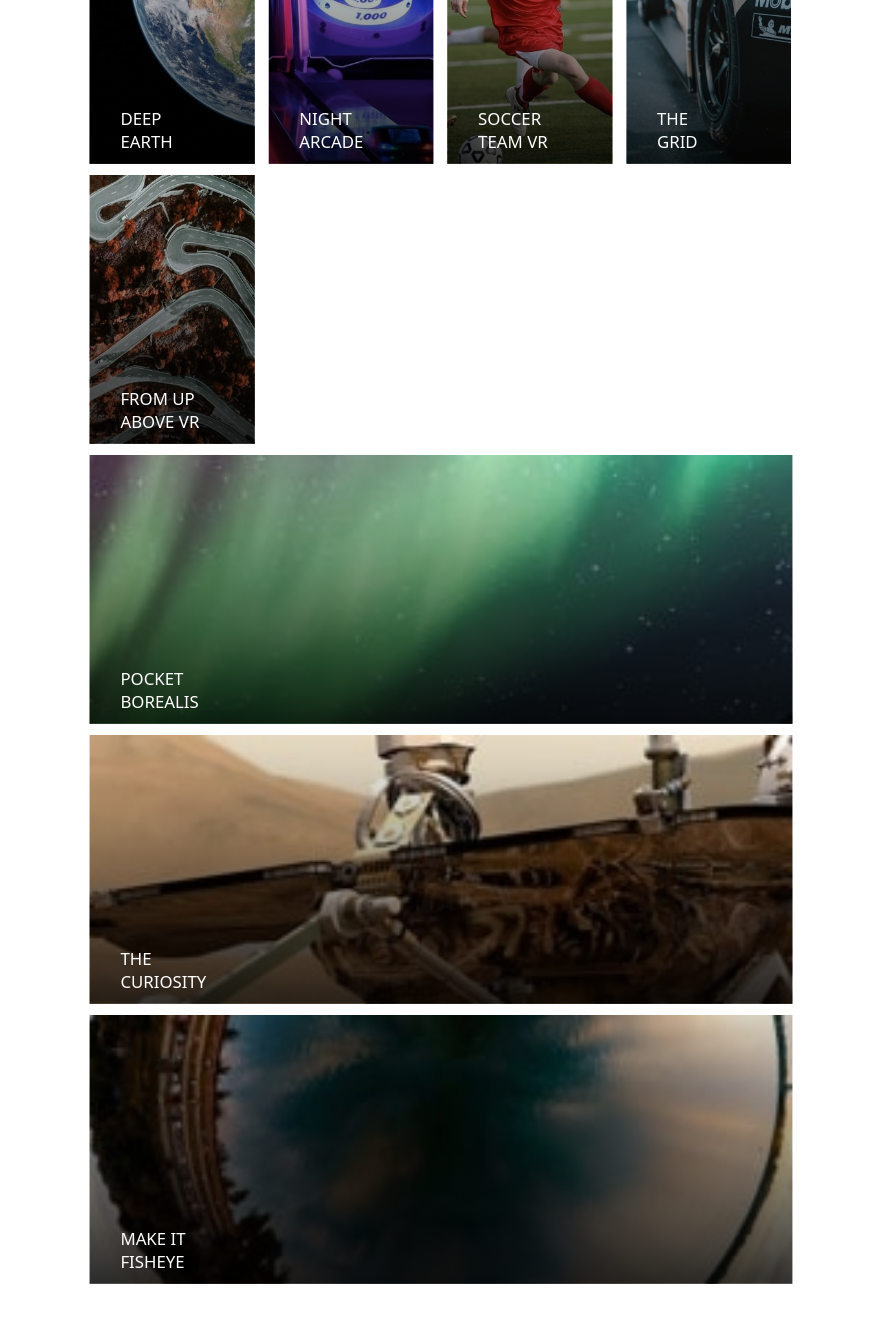
Repository: CAMPSLOPY/StudioLoopApp
Page: index.html
An editor plug-in stored every save of this project. The page is shown before and after the next save, followed by the edit.
The browser window is 1280 px wide. The pictures show the part of the page from y = 1670 to 3590 px (the page is 3928 px tall before and 3528 px after), at 70% of full size.
Some web fonts or font styles are not loaded; a fallback is used. Some web libraries are served in a nearby version.

Above is the page before, as saved 2021-02-27 00:40:54.

### index.html
<!DOCTYPE html>
<html lang="en">
  <head>
    <title>LoopStudios</title>
    <meta charset="UTF-8" />
    <meta name="viewport" content="width=device-width, initial-scale=1.0" />
    <meta http-equiv="X-UA-Compatible" content="ie=edge" />
    <meta
      name="description"
      content="Building my Loop studio App with Tailwind Css"
    />
    <meta name="robots" content="index,follow" />
    <!-- font awesome -->
    <link
      rel="stylesheet"
      href="https://cdnjs.cloudflare.com/ajax/libs/font-awesome/5.11.2/css/all.min.css"
      integrity="sha256-+N4/V/SbAFiW1MPBCXnfnP9QSN3+Keu+NlB+0ev/YKQ="
      crossorigin="anonymous"
    />
    <link
      rel="icon"
      type="image/png"
      sizes="32x32"
      href="favicon-32x32.png"
    />
    <!-- TAILWIND CSS CDN -->
    <link href="https://unpkg.com/tailwindcss@^2/dist/tailwind.min.css" rel="stylesheet">

    <!-- animate on scroll -->
    <link rel="stylesheet" href="https://unpkg.com/aos@next/dist/aos.css" />

    <!-- STYLESHEET -->
    <link rel="stylesheet" href="main.css"/>
  </head>
  <body>
    <div class="overflow-hidden">
      <!--the whole wrapper-->

      <header
        class="relative bg-no-repeat bg-cover bg-center min-h-screen w-full md:min-h-6/3 lg:min-h-6 header-image"
      >
        <nav
          class="flex text-gray-50 items-center justify-between w-4/5 m-auto pt-8"
        >
          <h1 class="font-extralight text-4xl font-concert md:text-6xl">
            <a href="">loopstudios</a>
          </h1>
          <button id="burger" class="md:hidden">
            <i class="fas fa-bars text-4xl"></i>
          </button>
          <ul class="hidden md:flex">
            <li class="px-1.5 nav-item">
              <a class="nav-link" href="#About"> About</a>
            </li>
            <li class="px-1.5 nav-item">
              <a class="nav-link" href="#Career">Careers</a>
            </li>
            <li class="px-1.5 nav-item">
              <a class="nav-link" href="#Event">Events</a>
            </li>
            <li class="px-1.5 nav-item">
              <a class="nav-link" href="#Product">Products</a>
            </li>
            <li class="px-1.5 nav-item">
              <a class="nav-link" href="#Support">Support</a>
            </li>
          </ul>
        </nav>

        <p
          class="font-normal md:font-thin tracking-widest absolute top-64 left-11 md:left-32 md:top-36 text-white text-3xl md:text-6xl border-2 pr-10 md:pr-56 py-11 pl-6"
        >
          IMMERSIVE<br />
          EXPERIENCES <br />
          THAT DELIVER
        </p>
      </header>
      <!--modal -->
      <div
        id="modal-body"
        class="modal-body hidden fixed flex w-full h-full top-0 left-0 z-50 bg-black text-white flex-col"
      >
        <div class="modal-logo flex justify-between w-4/5 m-auto">
          <h1 class="text-4xl">
            <a href="">loopstudios</a>
          </h1>
          <button class="toggle relative" id="toggle">
            <i class="fas fa-times text-3xl p-4"></i>
          </button>
        </div>

        <ul class="flex flex-col w-4/5 m-auto modal-links uppercase font-light">
          <li class="my-4">
            <a class="text-3xl links" href="#About"> About</a>
          </li>
          <li class="my-4">
            <a class="text-3xl links" href="#Careers">Careers</a>
          </li>
          <li class="my-4">
            <a class="text-3xl links" href="#Event">Events</a>
          </li>
          <li class="my-4">
            <a class="text-3xl links" href="#Products">Products</a>
          </li>
          <li class="my-4">
            <a class="text-3xl links" href="#Support">Support</a>
          </li>
        </ul>
      </div>
      <!--modal end-->
      <section
        id="About"
        class="relative hero-section w-full min-h-screen md:bg-white md:w-4/5 m-auto block md:flex md:min-h-90 text-white justify-center items-center"
      >
        <div class="w-11/12 m-auto pt-24 md:pt-12" data-aos="fade-right">
          <img
            class="w-full h-full object-cover"
            src="/images/desktop/image-interactive.jpg"
            alt="a man with a Vr Device "
          />
        </div>

        <div
          data-aos="fade-left"
          class="w-full -bottom-24 right-32 px-10 relative z-0 md:z-10 bg-white text-gray-900 block md:flex md:justify-center md:items-center md:flex-col pb-20 md:p-4"
        >
          <div class="w-full m-auto relative -right-32 md:right-0 md:-left-20">
            <h1
              data-aos="fade-up"
              data-aos-delay="800"
              data-aos-duration="1000"
              class="text-4xl tracking-widest text-center md:ml-10"
            >
              THE LEADER IN <br />
              INTERACTIVE VR
            </h1>
          </div>
          <div
            class="my-4 w-full -px-2 left-32 w-4/6 md:w-full text-center md:text-left md:left-11 relative md:-right-10 md:px-8 md:py-4"
          >
            <span
              class="relative right-0 md:right-11 text-left tracking-widest md:tracking-normal text-sm md:relative leading-loose text-gray-400"
            >
              Founded in 2011, Loopstudios has been producing world-class <br />
              virtual reality projects for some of the best companies around the
              <br />
              globe. Our award-winning creations have transformed <br />
              businesses through digital experiences that bind to their brand.
            </span>
          </div>
        </div>
      </section>

      <section class="creation relative">
        <div
          id="Event"
          class="creation-body-content min-h-screen pb-20 flex flex-col w-4/5 m-auto md:w-4/5 md:m-auto relative"
        >
          <div
            class="creation-text flex md:text-center md:justify-between my-5"
          >
            <h1 class="font-josefin relative left-0 md:left-0 text-4xl">
              OUR CREATIONS
            </h1>
            <button
              class="text-2xl absolute bottom-2 right-14 text-small font-alata tracking-widest py-2 md:py-0 md:text-small md:relative md:-left-6 md:bottom-0 border border-gray-900 px-11 tracking-widest hover:bg-black hover:text-white"
            >
              SEE ALL
            </button>
          </div>

          <div
            id="Career"
            class="creation-images flex flex-col flex-wrap md:flex-row cursor-pointer"
          >
            <div
              data-aos="fade-right"
              id="card-box"
              class="relative bg-no-repeat bg-cover bg-center earth mr-5 mb-4 card h-38 w-full md:h-96 md:w-better card-box"
            >
              <img
                src="/images/mobile/image-deep-earth.jpg"
                alt="a picture of the earth"
                class="object-cover w-full h-full block md:hidden"
              />

              <p
                class="absolute bottom-4 left-11 text-white text-2xl font-josefin card-box-p"
              >
                DEEP <br />
                EARTH
              </p>
            </div>
            <div
              data-aos="fade-up"
              id="card-box"
              class="card-box relative bg-no-repeat bg-cover bg-center card mr-5 mb-4 arcade h-32 w-full md:h-96 md:w-better"
            >
              <img
                src="/images/mobile/image-night-arcade.jpg"
                alt="a picture of a cassette tape"
                class="object-cover w-full h-full block md:hidden"
              />
              <p
                class="absolute bottom-4 left-11 text-white text-2xl font-josefin card-box-p"
              >
                NIGHT <br />
                ARCADE
              </p>
            </div>
            <div
              data-aos="fade-down"
              id="card-box"
              class="card-box relative h-38 w-full card mr-5 mb-4 vr md:h-96 bg-no-repeat bg-cover bg-center md:w-better"
            >
              <img
                src="/images/mobile/image-soccer-team.jpg"
                alt="a picture of a football player"
                class="object-cover w-full h-full block md:hidden"
              />
              <p
                class="absolute bottom-4 left-11 text-white text-2xl font-josefin card-box-p"
              >
                SOCCER <br />
                TEAM VR
              </p>
            </div>
            <div
              data-aos="fade-left"
              id="card-box"
              class="card-box relative h-38 w-full mr-5 mb-4 card gridd md:h-96 bg-no-repeat bg-cover bg-center md:w-better"
            >
              <img
                src="/images/mobile/image-grid.jpg"
                alt="a picture of a sport car"
                class="object-cover w-full h-full block md:hidden"
              />

              <p
                class="absolute bottom-4 left-11 text-white text-2xl font-josefin card-box-p"
              >
                THE <br />
                GRID
              </p>
            </div>
            <div
              data-aos="fade-right"
              id="card-box"
              class="card-box relative mr-5 mb-4 h-38 w-full card above-vr md:h-96 bg-no-repeat bg-cover bg-center md:w-better"
            >
              <img
                src="/images/mobile/image-from-above.jpg"
                alt="a picture of a curvy road on the mountains"
                class="object-cover w-full h-full block md:hidden"
              />
              <p
                class="absolute bottom-4 left-11 text-white text-2xl font-josefin card-box-p"
              >
                FROM UP <br />
                ABOVE VR
              </p>
            </div>
            <div
              data-aos="fade-down"
              id="card-box"
              class="md:card-box relative h-38 w-full mr-5 mb-4 card borealis md:h-96 bg-no-repeat bg-cover bg-center md:w-better"
            >
              <img
                src="/images/mobile/image-pocket-borealis.jpg"
                alt="picture of the moon, star and a mountain"
                class="object-cover w-full h-full block md:hidden"
              />
              <p
                class="absolute bottom-4 left-11 text-white text-2xl font-josefin card-box-p"
              >
                POCKET <br />
                BOREALIS
              </p>
            </div>
            <div
              data-aos="fade-up"
              id="card-box"
              class="md:card-box relative mr-5 mb-4 h-38 w-full card curiosity md:h-96 bg-no-repeat bg-cover bg-center md:w-better"
            >
              <img
                src="/images/mobile/image-curiosity.jpg"
                alt="picture of a network radar"
                class="object-cover w-full h-full block md:hidden"
              />
              <p
                class="absolute bottom-4 left-11 text-white text-2xl font-josefin card-box-p"
              >
                THE <br />
                CURIOSITY
              </p>
            </div>
            <div
              data-aos="fade-left"
              id="card-box"
              class="md:card-box relative mr-5 mb-4 h-38 w-full card fisheye md:h-96 bg-no-repeat bg-cover bg-center md:w-better"
            >
              <img
                src="/images/mobile/image-curiosity.jpg"
                alt="picture of a network radar"
                class="object-cover w-full h-full block md:hidden"
              />
              <p
                class="absolute bottom-4 left-11 text-white text-2xl font-josefin card-box-p"
              >
                MAKE IT <br />
                FISHEYE
              </p>
            </div>
          </div>
        </div>
      </section>

      <footer
        id="Support"
        class="min-h-60 md:min-h-60 bg-black text-white mt-10 relative"
      >
        <div
          class="footer-body w-full flex flex-col relative -bottom-52 md:-bottom-40"
        >
          <div
            class="footer-logo w-4/5 m-auto md:pb-8 flex md:flex-row flex-col justify-between relative"
          >
            <h3 class="my-8 pt-16 text-center md:text-left font-bold text-4xl">
              loopstudios
            </h3>
            <ul
              class="footer-socials flex justify-center items-center relative -bottom-52 md:bottom-0"
            >
              <li class="px-1.5 footer-item">
                <a class="footer-link" href=""
                  ><img
                    class="pb-1"
                    src="./images/icon-facebook.svg"
                    alt="facebook official logo"
                /></a>
              </li>
              <li class="px-1.5 footer-item">
                <a class="footer-link" href=""
                  ><img
                    class="pb-1"
                    src="./images/icon-twitter.svg"
                    alt="twitter logo"
                /></a>
              </li>
              <li class="px-1.5 footer-item">
                <a class="footer-link" href=""
                  ><img
                    class="pb-1"
                    src="./images/icon-pinterest.svg"
                    alt="pinterest logo"
                /></a>
              </li>
              <li class="px-1.5 footer-item">
                <a class="footer-link" href=""
                  ><img
                    class="pb-1"
                    src="./images/icon-instagram.svg"
                    alt="instagram logo"
                /></a>
              </li>
            </ul>
          </div>
          <div
            class="relative w-4/5 m-auto flex flex-col md:flex-row md:justify-between"
          >
            <ul
              class="relative bottom-11 md:bottom-8 flex flex-col md:flex-row items-center md:justify-around my-2 md:m-0"
            >
              <li class="py-2 relative left-28 md:-left-4 footer-item md:pr-4">
                <a class="pb-1 footer-link footer-links" href="#about">About</a>
              </li>
              <li class="py-2 relative left-28 md:-left-4 footer-item md:pr-4">
                <a class="pb-1 footer-link footer-links" href="#careers"
                  >Careers</a
                >
              </li>
              <li class="py-2 footer-item left-28 relative md:-left-4 md:pr-4">
                <a class="pb-1 footer-link footer-links" href="#events"
                  >Events</a
                >
              </li>
              <li class="py-2 footer-item left-28 relative md:-left-4 md:pr-4">
                <a class="pb-1 footer-link footer-links" href="#products"
                  >Product</a
                >
              </li>
              <li class="py-2 footer-item left-28 relative md:-left-4 md:pr-4">
                <a class="pb-1 footer-link footer-links" href="#support"
                  >Support</a
                >
              </li>
            </ul>
            <span class="pb-16">
              <p class="text-gray-600 md:text-white">
                © 2021 Loopstudios. All rights reserved.
              </p></span
            >
          </div>

          <div
            class="hidden attribution absolute pb-4 -bottom-16 left-60 text-gray-600"
          >
            <a>Challenge by</a>

            <a
              class="text-blue-300"
              href="https://www.frontendmentor.io?ref=challenge"
              target="_blank"
              >Frontend Mentor</a
            >
            Coded by
            <a class="text-blue-300" href="https://github.com/CAMPSLOPY">
              CampSlopy 👨🏾‍🦲</a
            >
          </div>
        </div>
      </footer>
    </div>
    <!-- animate On scroll script -->
    <script src="https://unpkg.com/aos@next/dist/aos.js"></script>
    <!-- workflow script -->
    <script src="app.js"></script>
  </body>
</html>

### main.css
@import url("https://fonts.googleapis.com/css2?family=Alata&family=Josefin+Sans:ital,wght@0,200;1,400&display=swap");
@import url("https://fonts.googleapis.com/css2?family=Concert+One&display=swap");

html {
  scroll-behavior: smooth;
}
.header-image {
  background-image: linear-gradient(to top, rgba(0, 0, 0, 0.8), transparent),
    url(./images/desktop/image-hero.jpg);
}

.earth {
  background-image: linear-gradient(to top, rgba(0, 0, 0, 0.8), transparent),
    url(./images/desktop/image-deep-earth.jpg);
}

.arcade {
  background-image: linear-gradient(to top, rgba(0, 0, 0, 0.8), transparent),
    url(./images/desktop/image-night-arcade.jpg);
}
.vr {
  background-image: linear-gradient(to top, rgba(0, 0, 0, 0.8), transparent),
    url(./images/desktop/image-soccer-team.jpg);
}

.gridd {
  background-image: linear-gradient(to top, rgba(0, 0, 0, 0.8), transparent),
    url(./images/desktop/image-grid.jpg);
}

.above-vr {
  background-image: linear-gradient(to top, rgba(0, 0, 0, 0.8), transparent),
    url(./images/desktop/image-from-above.jpg);
}

.borealis {
  background-image: linear-gradient(to top, rgba(0, 0, 0, 0.8), transparent),
    url(./images/desktop/image-pocket-borealis.jpg);
}

.curiosity {
  background-image: linear-gradient(to top, rgba(0, 0, 0, 0.8), transparent),
    url(./images/desktop/image-curiosity.jpg);
}
.fisheye {
  background-image: linear-gradient(to top, rgba(0, 0, 0, 0.8), transparent),
    url(./images/desktop/image-fisheye.jpg);
}

.menu:hover {
  border-bottom: 1px solid #0000;
}

.footer-body {
  transform: translate(-50%, -50%);
  top: 50%;
  left: 50%;
}

body {
  overflow-x: hidden;
}

#card-box::before {
  content: "";
  position: absolute;
  top: 0;
  left: 0;
  display: block;
  width: 100%;
  height: 100%;
  background: rgba(255, 255, 255, 0.6);
  z-index: 2;
  transition: 0.5s;
  opacity: 0;
}

#card-box:hover:before {
  opacity: 1;
}

#card-box:hover .card-box-p {
  color: black;
  z-index: 3;
}

.toggle {
  top: -20px;
  right: -15px;
}

.toggle .fa-times {
  font-size: 2.7rem;
}

/* desktop styling for the nav links */
.nav-item {
  list-style: none;
  font-size: 1rem;
  margin-bottom: 1rem;
  margin: 0 auto;
  margin-left: 1.5rem;
}

.nav-link {
  position: relative;
  color: #fff;
  text-decoration: none;
  font-family: "Alata", sans-serif;
}

.nav-link::after {
  content: "";
  position: absolute;
  top: 2rem;
  background-color: #fff;
  height: 0.2rem;
  width: 0%;
  opacity: 0;
  transition: all 0.5s ease-in-out;
}

.nav-link::before {
  content: "";
  position: absolute;
  top: 2rem;
  background-color: #fff;
  height: 0.2rem;
  width: 0%;
  opacity: 0;
  transition: all 0.5s ease-in-out;
}

.nav-link::before {
  right: 32%;
}

.nav-link::after {
  left: 32%;
}

.nav-link:hover::after,
.nav-link:hover::before {
  width: 0.8rem;
  opacity: 1;
}

/* FOOTER*/

.footer-link::after {
  left: 20%;
}
.footer-link::before {
  right: 20%;
}

.footer-links::after {
  left: 40%;
}
.footer-links::before {
  right: 40%;
}

.footer-link::before {
  content: "";
  position: absolute;
  top: 2rem;
  background-color: #fff;
  height: 0.2rem;
  width: 0%;
  opacity: 0;
  transition: all 0.5s ease-in-out;
}

.footer-link::after {
  content: "";
  position: absolute;
  top: 2rem;
  background-color: #fff;
  height: 0.2rem;
  width: 0%;
  opacity: 0;
  transition: all 0.5s ease-in-out;
}

.footer-link {
  position: relative;
  color: #fff;
  text-decoration: none;
  font-family: "Alata", sans-serif;
}

.footer-item {
  list-style: none;
  font-size: 1rem;
  margin-bottom: 1rem;
  margin: 0 auto;
  margin-left: 1rem;
  text-align: center;
}
.footer-link:hover::after,
.footer-link:hover::before {
  width: 0.8rem;
  opacity: 1;
}

.footer-logo h3 {
  font-family: "Alata", sans-serif;
}


/* Card-box */

.card-box{
    width: 23%;
}

@media screen and (max-width: 760px){
  .card-box{
    width: 100%;
  }
}

### app.js
const burger = document.getElementById("burger");
const togglebtn = document.getElementById("toggle");
const modal = document.getElementById("modal-body");
const links = document.querySelectorAll(".links");

burger.addEventListener("click", () => {
  modal.style.display = "flex";
});

togglebtn.addEventListener("click", () => {
  modal.style.display = "none";
});
links.forEach((link) => {
  link.addEventListener("click", () => {
    modal.style.display = "none";
  });
});

AOS.init({
  // offset: 120,
  delay: 400,
  duration: 1000,
  once: true,
});

After the next save:
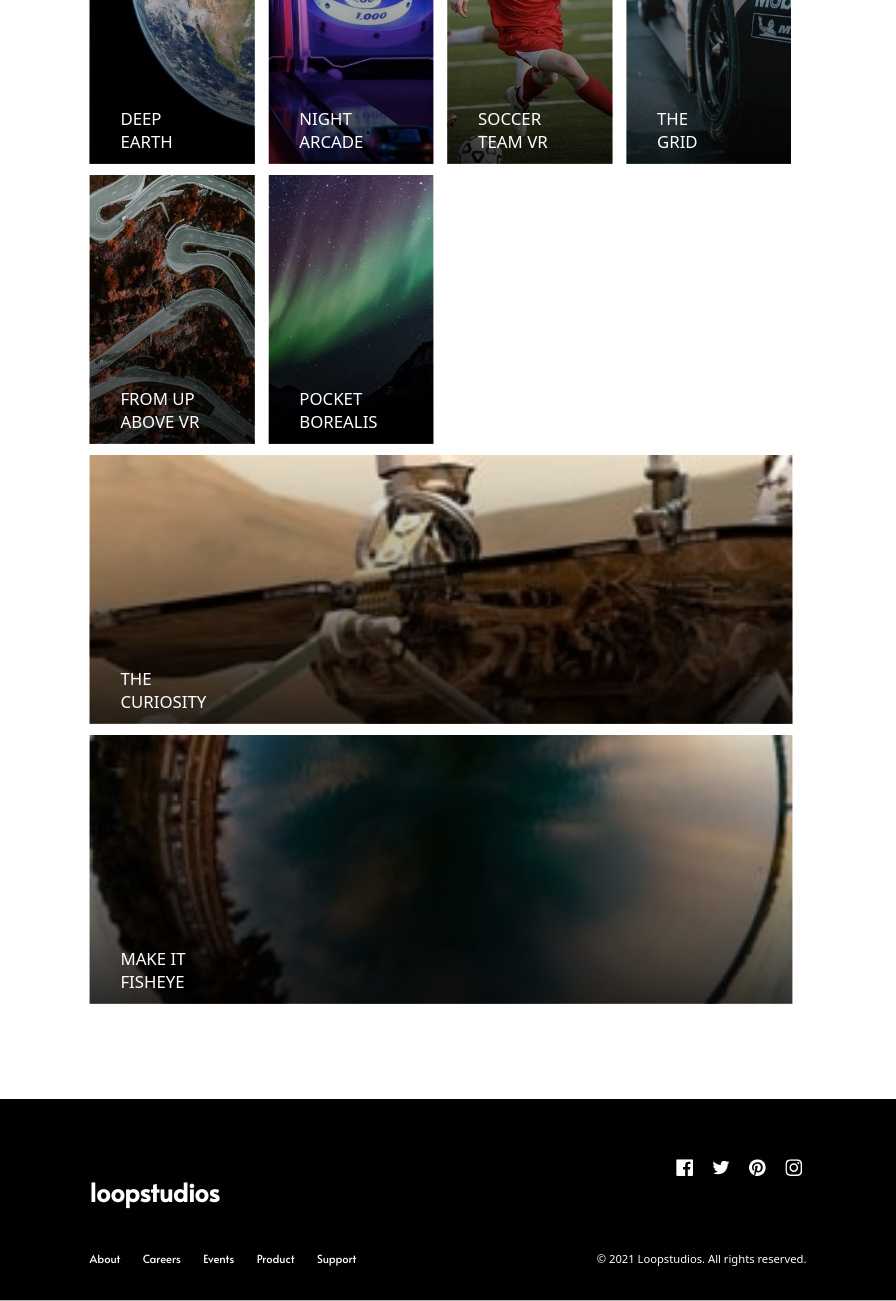
Saved 4 s later.
--- a/index.html
+++ b/index.html
@@ -263,7 +263,7 @@
             <div
               data-aos="fade-down"
               id="card-box"
-              class="md:card-box relative h-38 w-full mr-5 mb-4 card borealis md:h-96 bg-no-repeat bg-cover bg-center md:w-better"
+              class="card-box relative h-38 w-full mr-5 mb-4 card borealis md:h-96 bg-no-repeat bg-cover bg-center md:w-better"
             >
               <img
                 src="/images/mobile/image-pocket-borealis.jpg"
